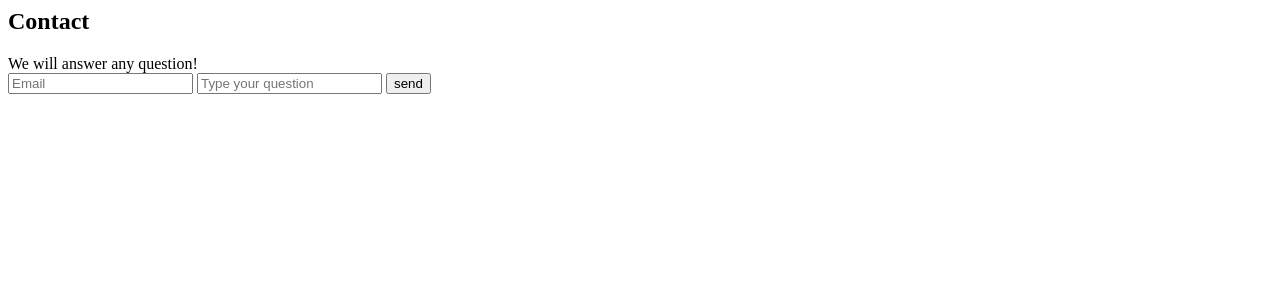
Repository: AlinaKas/project--landing-page-markup--donut-masterclass
Page: src/partials/contact.html
These files come from the project's save history. The page is drawn as it stood at one moment and after the next save; the edit follows.
The browser window is 1280 px wide. The pictures show the whole page.

Above is the page before, as saved 2021-05-17 00:56:11.

After the next save:
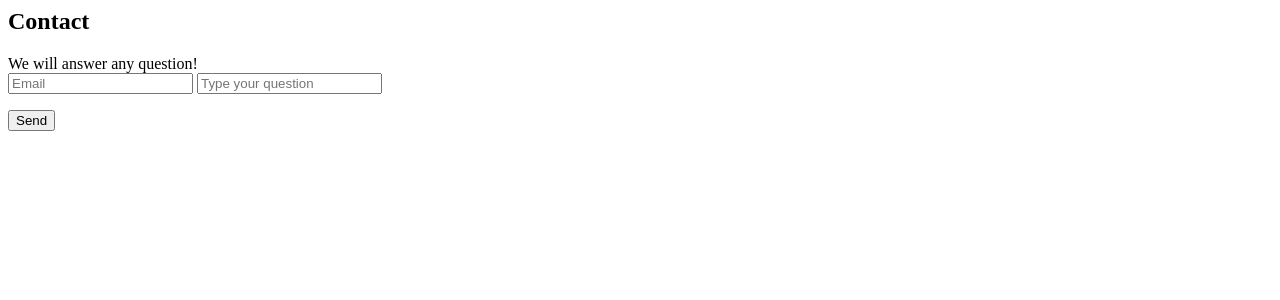
Saved 13 h 18 min later.
--- a/src/partials/contact.html
+++ b/src/partials/contact.html
@@ -1,11 +1,11 @@
-<section class="contact-section">
-  <div class="contact">
-    <h2 class="title section__title">Contact</h2>
+<section class="contact__section">
+  <div class="container contact">
+    <h2 class="section__title">Contact</h2>
     <span class="contact__lable">We will answer any question!</span>
-    <form class="form">
-      <input class="form-field" type="email" name="email" placeholder="Email" required />
-      <input class="form-field" type="text" name="question" placeholder="Type your question" />
-      <button class="button" type="submit">send</button>
+    <form class="contact__form">
+      <input class="contact__form-field" type="email" name="email" placeholder="Email" required />
+      <input class="contact__form-field" type="text" name="question" placeholder="Type your question" />
     </form>
+    <button class="btn" type="submit">Send</button>
   </div>
 </section>
